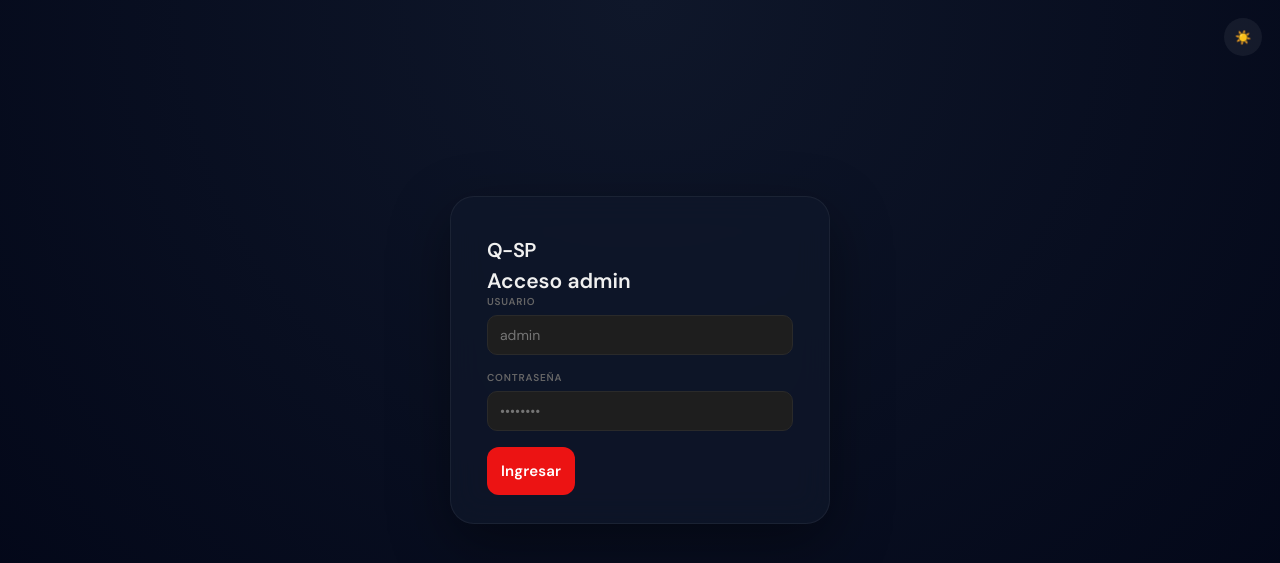
Repository: JhonnyDiaz4753/Admin_Q_sopa
Page: /categorias
The author's editor kept a copy of each file at every save. The page is drawn from the files as they stood at one save, then again after the next save.
The browser window is 1280 px wide. The pictures show the whole page.
The project was rebuilt for these pictures with package versions that can differ from the ones it lists, and the page was loaded fresh each time. Also part of the build but not shown: vite.config.js, src/components/Sidebar/Sidebar.css, src/components/Sidebar/Sidebar.jsx, src/components/Topbar/Topbar.css, src/components/Topbar/Topbar.jsx, src/components/AdminLayout.css, src/components/AdminLayout.jsx, src/components/Dashboard/Dashboard.css and 11 more.

Above is the page before, as saved 2026-03-18 18:54:21.

After the next save:
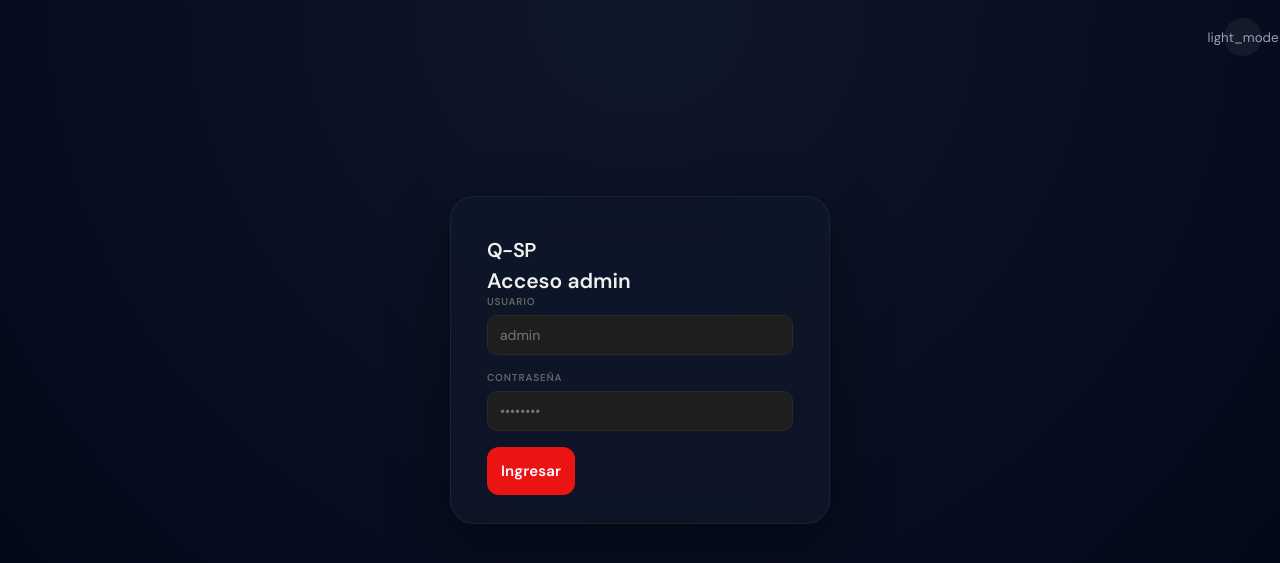
Saved 32 min 7 s later.
--- a/src/components/Login/Login.jsx
+++ b/src/components/Login/Login.jsx
@@ -30,7 +30,7 @@
   return (
     <div className="login-wrapper">
           <button className="theme-toggle" onClick={toggle} aria-label="Cambiar tema">
-        {theme === "dark" ? "☀️" : "🌙"}
+        {theme === "dark" ? "light_mode" : "dark_mode"}
       </button>
       <div className="login-card">
         <div className="login-brand">Q-SP</div>
